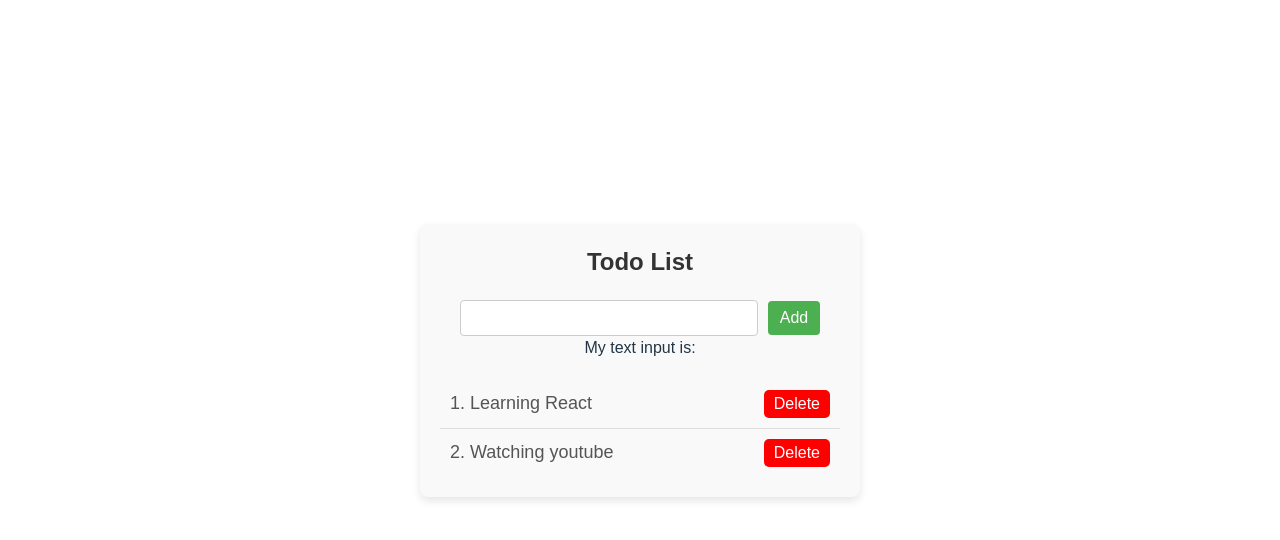
Repository: hoangcode204/react-ultimate-frontend
Page: /
These files come from the project's save history. The page is drawn as it stood at one moment and after a run of saves; the edit follows.
The browser window is 1280 px wide. The pictures show the whole page.
The project was rebuilt for these pictures with package versions that can differ from the ones it lists, and the page was loaded fresh each time. Also part of the build but not shown: vite.config.js.

Above is the page before, as saved 2024-11-28 10:14:39.

### src/main.jsx
import React from 'react'
import ReactDOM from 'react-dom/client'
import App from './App.jsx'
import './index.css'
import {
  createBrowserRouter,
  RouterProvider,
  } from "react-router-dom";
  const router = createBrowserRouter([
    {
    path: "/",
    element: <App/>,
    },
    ]);
    <RouterProvider router={router} />
ReactDOM.createRoot(document.getElementById('root')).render(
  <React.StrictMode>
    <App />
  </React.StrictMode>,
)

### src/App.jsx

import './App.css'
import  './components/todo/todo.css'
import TodoData from './components/todo/TodoData'
import TodoNew from './components/todo/TodoNew'
import reactLogo from './assets/react.svg'
import { useState } from 'react'

const App=()=> {
  const [todoList,setTodoList]= useState(
    [
      {id:1,name:"Learning React"},
      {id:2,name:"Watching youtube"}
    ]
  )
  const addNewTodo=(name)=> {
    const newTodo= {
      id:randomIntFromInterval(1,1000000),
      name:name
    }
    setTodoList([...todoList,newTodo])
  }
  const deleteTodo = (id) => {
    const updatedTodoList = todoList.filter((todo) => todo.id !== id);
    setTodoList(updatedTodoList); // Cập nhật danh sách sau khi xóa
  };
  const randomIntFromInterval=(min, max)=> { // min and max included
    return Math.floor(Math.random() * (max - min + 1) + min);
    }
  return (
    <div className="todo-container">
      <div className="todo-title">Todo List</div>
      <TodoNew addNewTodo={addNewTodo} />
      {todoList.length>0 ?
       <TodoData todoList={todoList} deleteTodo={deleteTodo}/>
      :
          <div className='todo-image'>
          <img src={reactLogo}/>
       </div>
      }
    </div>
  )
}

export default App

### src/components/todo/todo.css
/* todo.css */

/* Thiết lập tổng quan cho container */
.todo-container {
    width: 400px;
    margin: 50px auto;
    padding: 20px;
    border-radius: 8px;
    background-color: #f9f9f9;
    box-shadow: 0 4px 8px rgba(0, 0, 0, 0.1);
    font-family: Arial, sans-serif;
  }

  /* Tiêu đề của Todo List */
  .todo-title {
    font-size: 24px;
    font-weight: bold;
    color: #333;
    margin-bottom: 20px;
    text-align: center;
  }

  /* Input và nút thêm task */
  .todo-container input[type="text"] {
    width: 70%;
    padding: 8px;
    margin-right: 10px;
    border: 1px solid #ccc;
    border-radius: 4px;
    font-size: 16px;
  }

  .todo-container button {
    padding: 8px 12px;
    background-color: #4CAF50;
    color: white;
    border: none;
    border-radius: 4px;
    cursor: pointer;
    font-size: 16px;
    transition: background-color 0.3s ease;
  }

  .todo-container button:hover {
    background-color: #45a049;
  }

  /* Các mục trong danh sách todo */
  .todo-data {
    margin-top: 20px;
  }

  .todo-data div {
    padding: 10px;
    border-bottom: 1px solid #ddd;
    font-size: 18px;
    color: #555;
  }

  .todo-data div:last-child {
    border-bottom: none;
  }
 /* todo.css hoặc App.css */

/* Định dạng cho container chứa hình ảnh */
.todo-image {
    margin-top: 20px;
    text-align: center;
  }

  /* Định dạng cho hình ảnh logo */
  .todo-image img {
    width: 100px; /* Chiều rộng hình ảnh */
    height: auto; /* Chiều cao tự động để giữ tỷ lệ */
    transition: transform 0.5s ease; /* Hiệu ứng chuyển đổi */
  }

  /* Hiệu ứng xoay tròn khi rê chuột qua hình ảnh */
  .todo-image img:hover {
    transform: rotate(360deg); /* Xoay tròn 360 độ khi hover */
  }
  .todo-item{
    display: flex;
    justify-content:space-between ;
  }

### src/components/todo/TodoData.jsx
const TodoData = (props) => {
    const { todoList, deleteTodo } = props;

    return (
      <div className="todo-data">
        {todoList.map((item, index) => (
          <div key={item.id} className="todo-item">
            <span>
              {index + 1}. {item.name}
            </span>
            <button
              onClick={() => deleteTodo(item.id)} // Xóa todo khi nhấn vào nút Delete
              style={{
                marginLeft: "10px",
                cursor: "pointer",
                backgroundColor: "red",
                color: "white",
                border: "none",
                borderRadius: "5px",
                padding: "5px 10px"
              }}
            >
              Delete
            </button>
          </div>
        ))}
      </div>
    );
  };

  export default TodoData;

### src/components/todo/TodoNew.jsx
import { useState } from "react";

const TodoNew = (props) => {
  const [valueInput, setValueInput] = useState(""); // Sửa giá trị ban đầu thành chuỗi rỗng
  const { addNewTodo } = props;

  const handleClick = () => {
    if (valueInput.trim() !== "") {
      addNewTodo(valueInput); // Gọi hàm addNewTodo
      setValueInput(""); // Xóa giá trị input sau khi thêm mới
    }
  };

  const handleOnChange = (event) => {
    setValueInput(event.target.value); // Truyền giá trị input vào state
  };

  return (
    <div className="todo-new">
      <input
        type="text"
        value={valueInput}
        onChange={handleOnChange} // Thêm event vào hàm handleOnChange
      />
      <button
        style={{ cursor: "pointer" }}
        onClick={handleClick}
      >
        Add
      </button>
      <div>My text input is: {valueInput}</div>
    </div>
  );
};

export default TodoNew;

Loaded but not shown: index.html (common file); src/index.css (common file); src/App.css (common file)

After the next 4 saves:
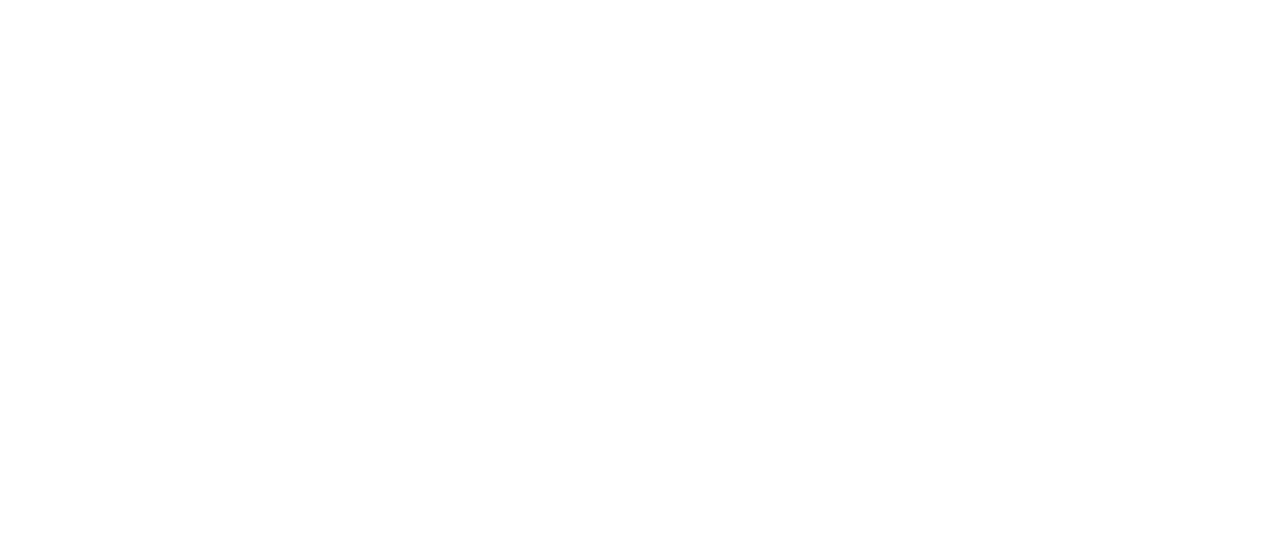
The 4 saves are shown as one change because they came seconds apart.
The last was saved 33 s later.
--- a/src/main.jsx
+++ b/src/main.jsx
@@ -15,6 +15,7 @@
     <RouterProvider router={router} />
 ReactDOM.createRoot(document.getElementById('root')).render(
   <React.StrictMode>
-    <App />
+    {/* <App /> */}
+
   </React.StrictMode>,
 )

After the 2 saves that followed:
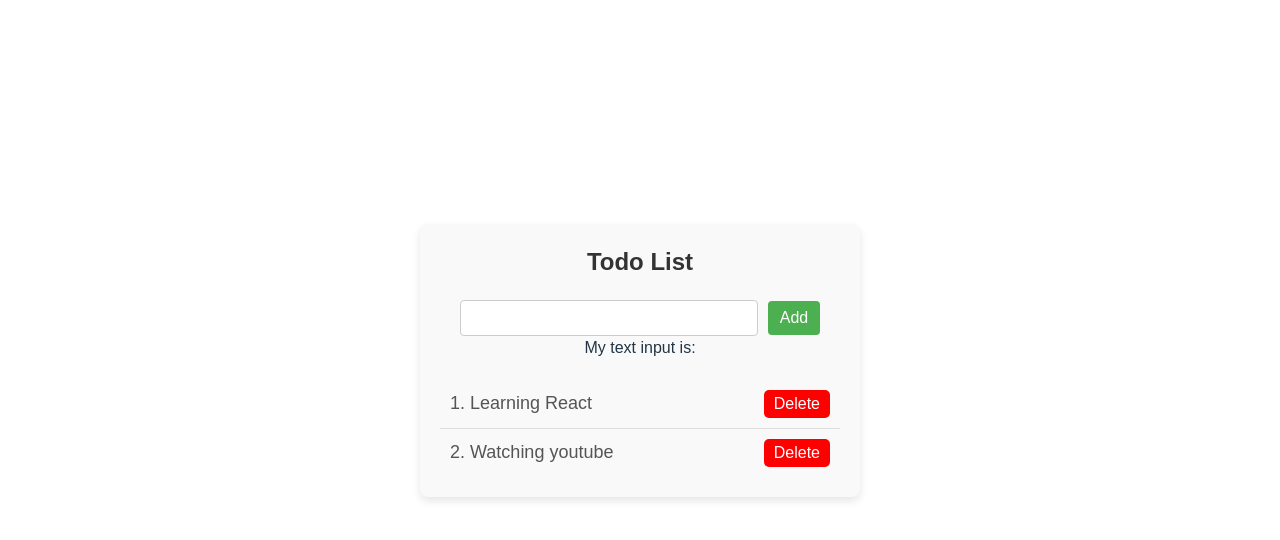
The 2 saves are shown as one change because they came seconds apart.
The last was saved 7 s later.
--- a/src/main.jsx
+++ b/src/main.jsx
@@ -12,10 +12,10 @@
     element: <App/>,
     },
     ]);
-    <RouterProvider router={router} />
+
 ReactDOM.createRoot(document.getElementById('root')).render(
   <React.StrictMode>
     {/* <App /> */}
-
+    <RouterProvider router={router} />
   </React.StrictMode>,
 )
